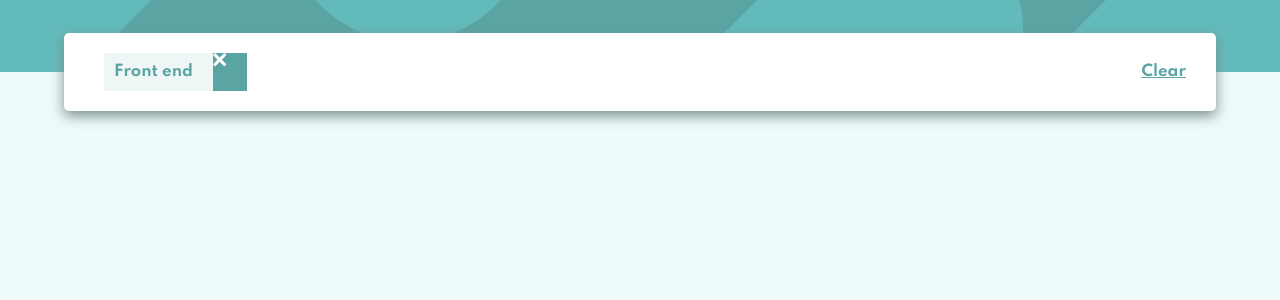
Repository: tomas938/Job-filters
Page: /
These files come from the project's save history. The page is drawn as it stood at one moment and after the next save; the edit follows.
The browser window is 1280 px wide. The pictures show the whole page.
The project was rebuilt for these pictures with package versions that can differ from the ones it lists, and the page was loaded fresh each time.

Above is the page before, as saved 2021-08-14 18:34:54.

After the next save:
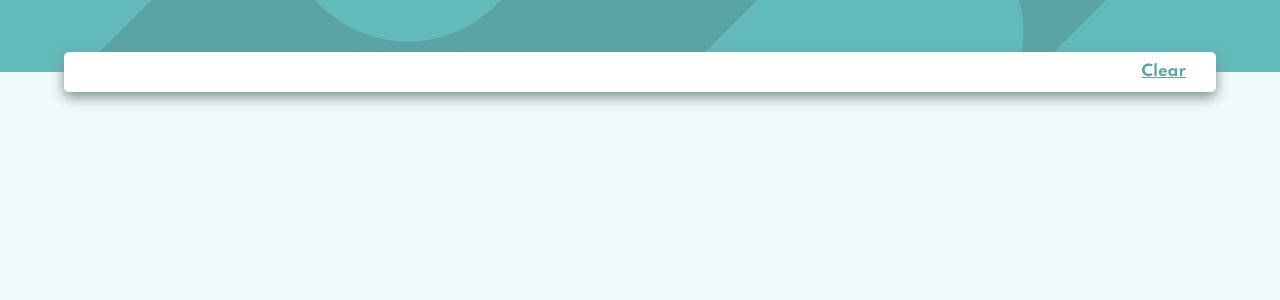
Saved 64 s later.
--- a/src/views/Home.vue
+++ b/src/views/Home.vue
@@ -3,7 +3,7 @@
 		<div class="filter-bar">
 			<div class="filters">
 				<div class="filter-wrapper">
-					<div class="filter-item">
+					<!-- <div class="filter-item">
 						<div class="property">Front end</div>
 						<svg xmlns="http://www.w3.org/2000/svg" width="14" height="14">
 							<path
@@ -12,7 +12,7 @@
 								d="M11.314 0l2.121 2.121-4.596 4.596 4.596 4.597-2.121 2.121-4.597-4.596-4.596 4.596L0 11.314l4.596-4.597L0 2.121 2.121 0l4.596 4.596L11.314 0z"
 							/>
 						</svg>
-					</div>
+					</div> -->
 				</div>
 				<a href="#">Clear</a>
 			</div>
